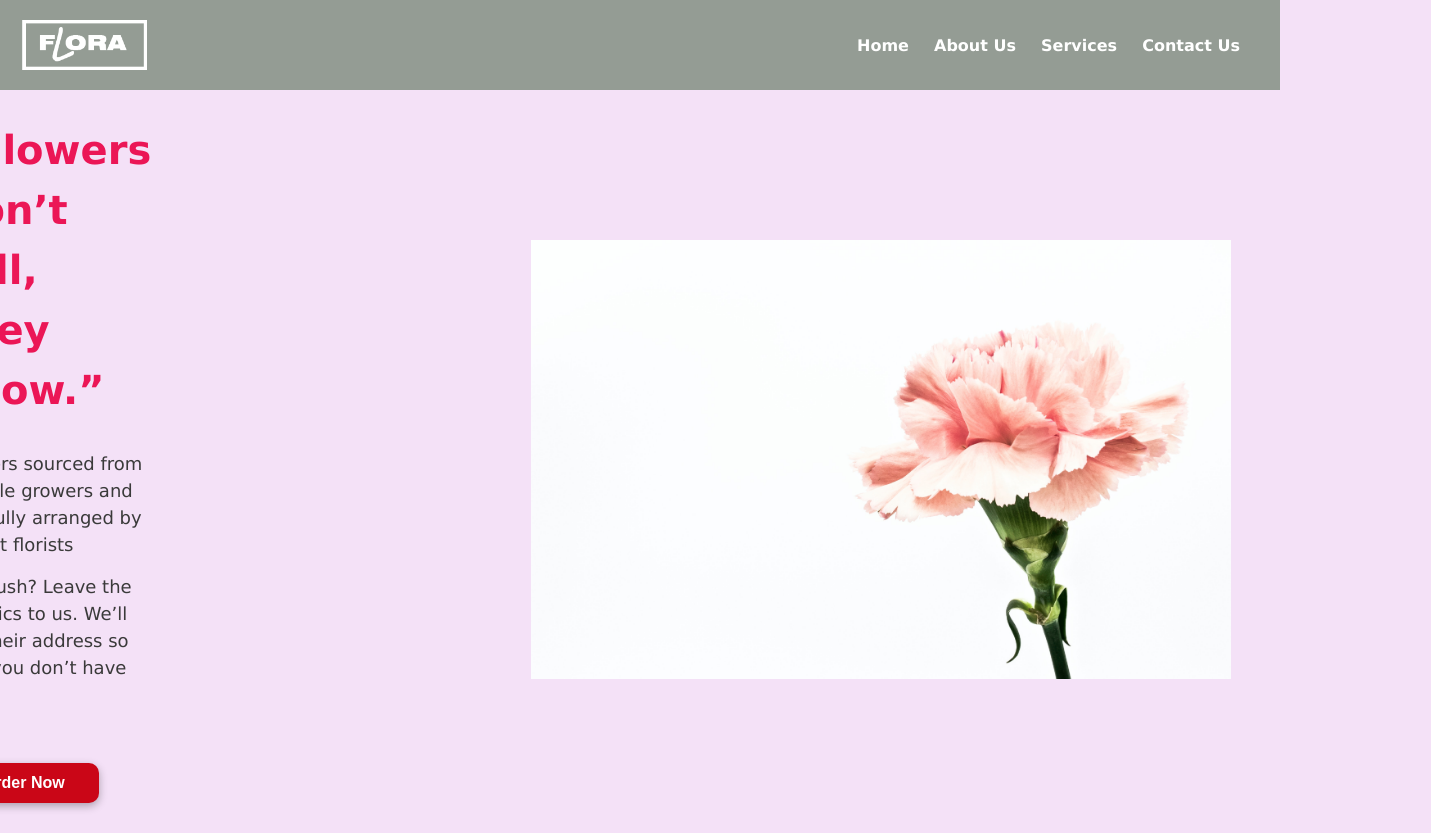
Repository: SaadYasin/test003-flex-box
Page: index.html
These files come from the project's save history. The page is drawn as it stood at one moment and after a run of saves; the edit follows.
The browser window is 1280 px wide. The page is 1431 px wide, so the pictures cover 1431 px, including what lies to the right of the window. The pictures show the whole page.

Above is the page before, as saved 2022-10-30 12:53:23.

### index.html
<!DOCTYPE html>
<html lang="en">
<head>
  <meta charset="UTF-8">
  <meta http-equiv="X-UA-Compatible" content="IE=edge">
  <meta name="viewport" content="width=device-width, initial-scale=1.0">
  <title>Business Assistant</title>

  <link rel="stylesheet" href="styles.css">
</head>
<body>
  <header>
    <div class="header-container">
      <!-- <h1 class="logo">Flora</h1> -->
      <img src="./images/flora-icon.png" alt="">
      <nav>
        <ul>
          <li><a href="#">Home</a></li>
          <li><a href="#">About Us</a></li>
          <li><a href="#">Services</a></li>
          <li><a href="#">Contact Us</a></li>
        </ul>
      </nav>
    </div>
  </header>
  <section class="hero-section">
    <div class="hero-text">
      <h1 class="hero-title">“Flowers don’t tell, they show.”</h1>
      <p class="hero-paragraph">Flowers sourced from reliable growers and carefully arranged by expert florists</p>
      <p class="hero-paragraph">In a rush? Leave the logistics to us. We’ll get their address so that you don’t have to.</p>
      <button type="button" class="coa-btn">Order Now</button>
    </div>
    <div><img src="./images/alesia_flower.jpg" alt="" class="hero-img"></div>
  </section>
</body>
</html>

### styles.css
* {
  padding: 0;
  margin: 0;
  box-sizing: border-box;
}

body {
  background: rgb(244, 225, 247);
  font-family: Verdana, Geneva, Tahoma, sans-serif;
}

header {

}

.header-container {
  display: flex;
  justify-content: space-between;
  align-items: center;
  /* width: 90%; */
  background: rgba(86, 110, 84, 0.6);
  height: 90px;
  padding: 20px;
  /* margin: 0 auto; */
}

.logo {
  font-size: 35px;
  font-weight: bolder;
  color: white;
  font-style: italic;
  text-shadow: 0 5px 5px rgb(27, 27, 27);
  margin-left: 60px;
}

img {
  width: 130px;
}

nav ul li {
  display: inline-block;
}

nav ul li a {
  text-decoration: none;
  margin-right: 20px;
  font-weight: bold;
  color: white;
}

nav ul li a:hover {
  text-decoration: underline;
  color: rgb(238, 139, 169);
}

.hero-section {
  /* background-image: url(/images/bg-img-small.jpg);
  background-repeat: no-repeat;
  background-size: cover;
  height: 850px; */
  display: flex;
  /* flex-wrap: wrap; */
  justify-content: center;
  align-items: center;
  padding: 30px;
  gap: 80px;

}

.hero-text {
  display: flex;
  flex-direction: column;
  flex-basis: 100%;
  flex-shrink: 1;
  flex-grow: 1;
  max-width: 70%;
  padding: 0 100px;
}

.hero-img {
  width: 700px;
  margin: 100px 200px;
  flex-grow: 1;
  flex-shrink: 1;
  flex-basis: 100%;
}

.hero-title {
  font-size: 40px;
  font-weight: bold;
  line-height: 1.5;
  color: rgb(235, 22, 86);
  margin-bottom: 30px;
}

.hero-text p {
  font-size: 18px;
  line-height: 1.5;
  color: #3a3a3a;
  margin-bottom: 15px;
}

.coa-btn {
  display: inline-block;
  background-color: rgb(202, 6, 23);
  font-size: 1rem;
  font-weight: bold;;
  color: white;
  width: 150px;
  height: 40px;
  border: none;
  outline: none;
  box-shadow: 0 3px 8px rgba(0, 0, 0, 0.3);
  border-radius: 10px;
  padding: 10px 20px;
  margin-top: 40px;
}

After the next 2 saves:
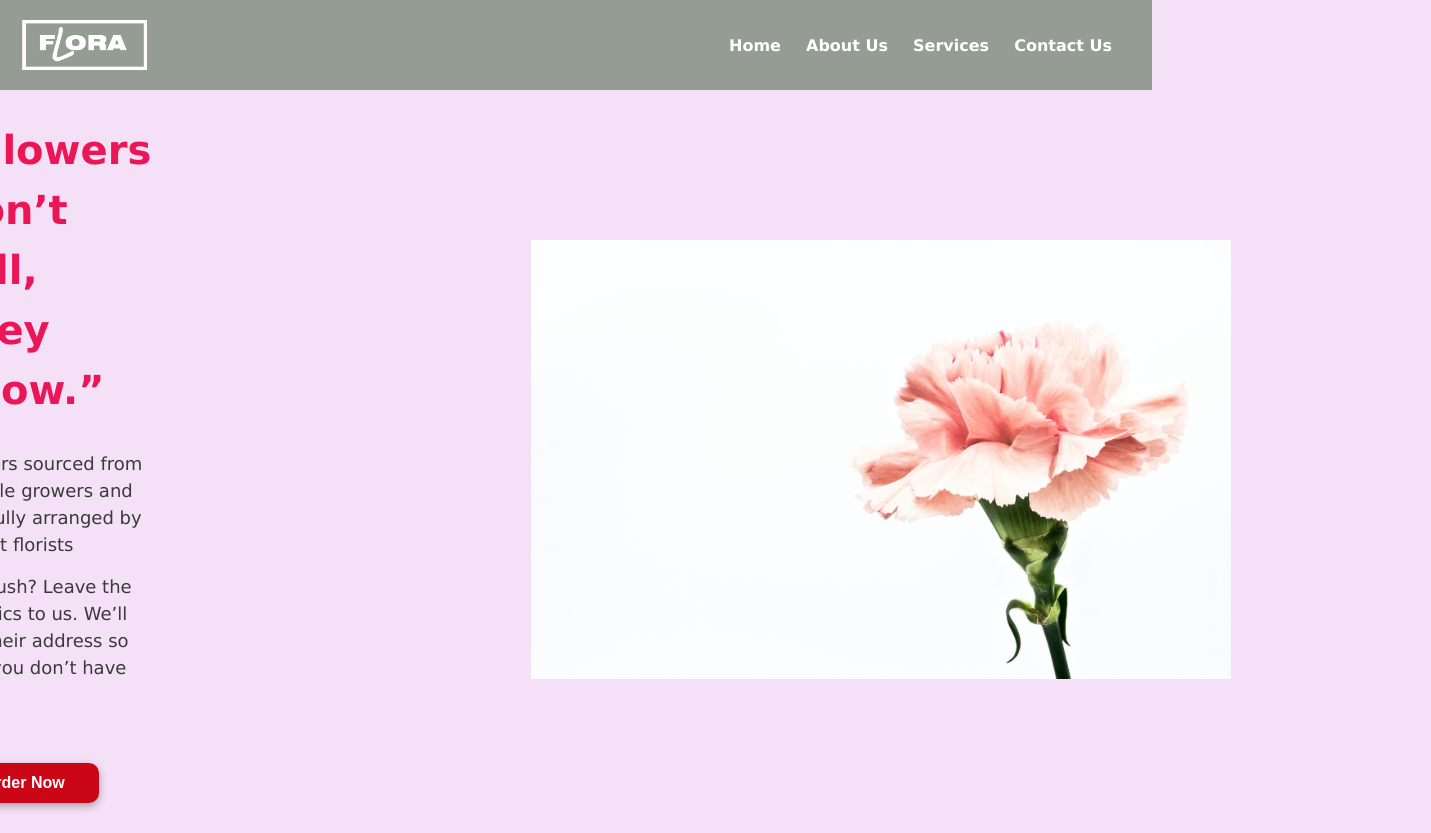
The 2 saves are shown as one change because they came seconds apart.
The last was saved 21 s later.
--- a/styles.css
+++ b/styles.css
@@ -10,7 +10,7 @@ body {
 }
 
 header {
-
+  width: 90%;
 }
 
 .header-container {
